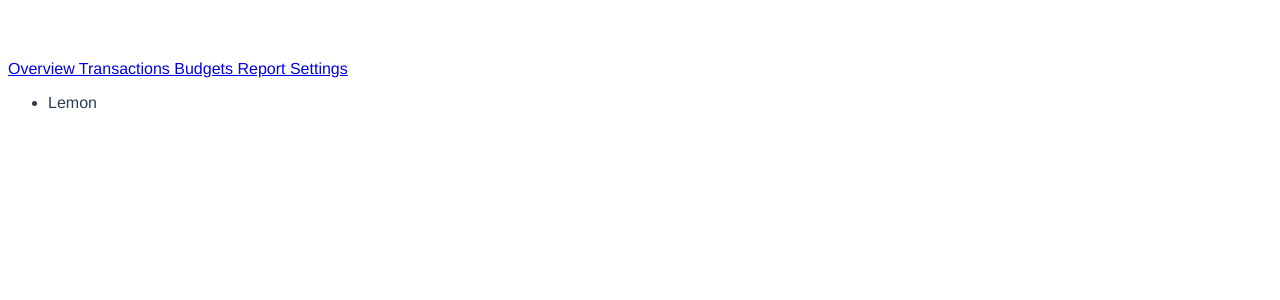
Repository: bxTruong/project7-jsonserver-router
Page: /
The author's editor kept a copy of each file at every save. The page is drawn from the files as they stood at one save, then again after the next save.
The browser window is 1280 px wide. The pictures show the whole page.
The project was rebuilt for these pictures with package versions that can differ from the ones it lists, and the page was loaded fresh each time. Also part of the build but not shown: vue.config.js, src/pages/transactions.vue, src/pages/transaction-detail.vue, src/pages/not-found.vue.

Above is the page before, as saved 2023-01-04 17:09:43.

After the next save:
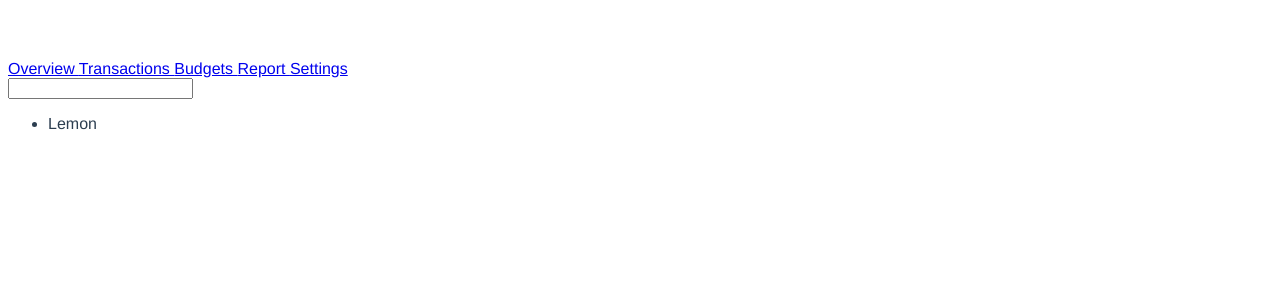
Saved 78 s later.
--- a/src/pages/home.vue
+++ b/src/pages/home.vue
@@ -3,7 +3,7 @@
     <h2>{{ secondName }}</h2>
     <h3>{{ car }}</h3>
     <button @click="onChangeSomething">Click me</button> -->
-
+<input type="text">
 <ul>
     <li v-for="item in fruitSelected" :key="item">
     <p>{{ item }}</p>
